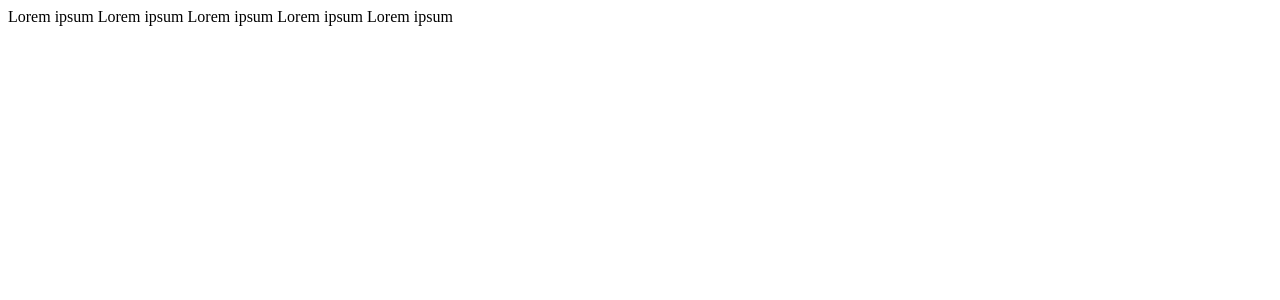
Repository: soso1525/bitcamp
Page: workspace/java-web/src/main/webapp/ch2/2-51.html
These files come from the project's save history. The page is drawn as it stood at one moment and after the next save; the edit follows.
The browser window is 1280 px wide. The pictures show the whole page.

Above is the page before, as saved 2017-12-12 07:59:44.

### workspace/java-web/src/main/webapp/ch2/2-51.html
<!DOCTYPE html>
<html>
<head>
    <title>HTML5 Basic</title>
    <style>
        div {
            display: inline-block;
            border: 3px solid #08088A;
            width: 80px;
            height: 80px;
            margin: 20px;
        }
    </style>
</head>
<body>
    <span>Lorem ipsum</span>
    <span>Lorem ipsum</span>
    <span>Lorem ipsum</span>
    <span>Lorem ipsum</span>
    <span>Lorem ipsum</span>
</body>
</html>

After the next save:
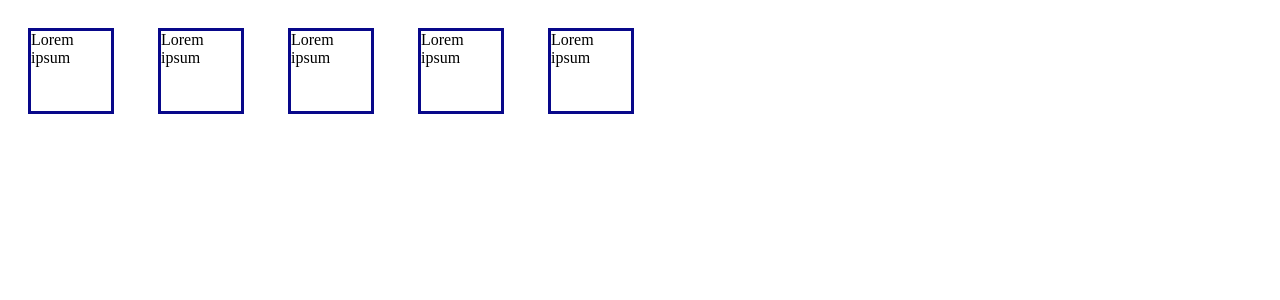
Saved 4 s later.
--- a/workspace/java-web/src/main/webapp/ch2/2-51.html
+++ b/workspace/java-web/src/main/webapp/ch2/2-51.html
@@ -3,7 +3,7 @@
 <head>
     <title>HTML5 Basic</title>
     <style>
-        div {
+        span {
             display: inline-block;
             border: 3px solid #08088A;
             width: 80px;
